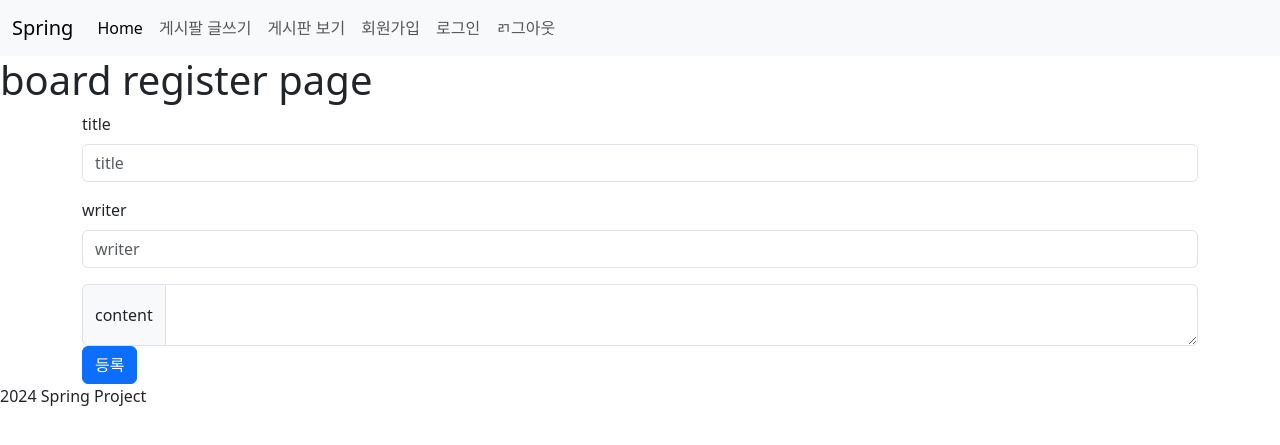
Repository: tkwkduddnd/SpringTest240430
Page: http://localhost/spring_study/WEB-INF/views/board/register.jsp
These files come from the project's save history. The page is drawn as it stood at one moment and after the next save; the edit follows.
The browser window is 1280 px wide. The pictures show the whole page.
The page is served by Tomcat 9. Nobody is signed in. The template is opened directly, without the code that normally fills it, so the values that code supplies are empty.

Above is the page before, as saved 2024-04-24 01:13:02.

After the next save:
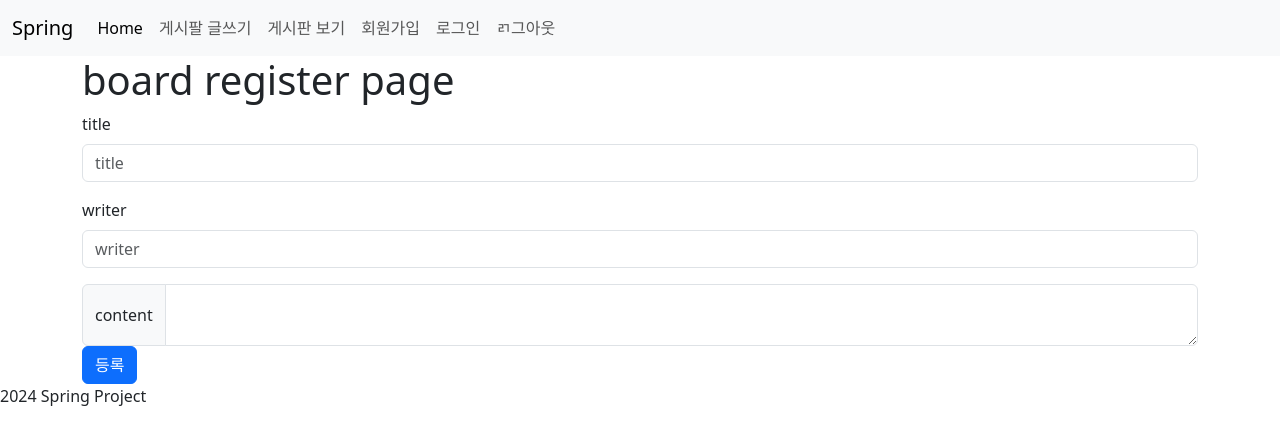
Saved 4 s later.
--- a/spring_study/src/main/webapp/WEB-INF/views/board/register.jsp
+++ b/spring_study/src/main/webapp/WEB-INF/views/board/register.jsp
@@ -1,8 +1,8 @@
 <%@ page language="java" contentType="text/html; charset=UTF-8"
     pageEncoding="UTF-8"%>
 <jsp:include page="../layout/header.jsp" />
+	<div class="container-md">
 <h1>board register page</h1>
-	<div class="container-md">
 		<form action="/board/insert" method="post">
 			<div class="mb-3">
 			  <label for="t" class="form-label">title</label>
